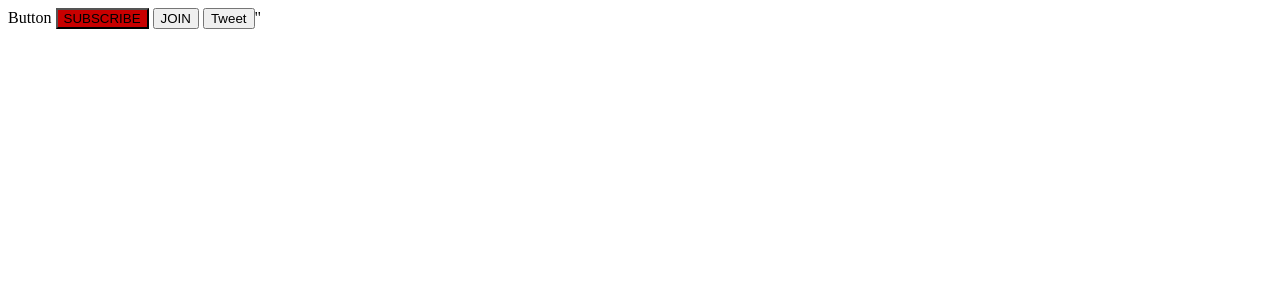
Repository: knowledgeAlan/css-lession-project
Page: lesson-03/buttons.html
The author's editor kept a copy of each file at every save. The page is drawn from the files as they stood at one save, then again after the next save.
The browser window is 1280 px wide. The pictures show the whole page.

Above is the page before, as saved 2024-01-09 19:39:53.

### lesson-03/buttons.html
<html>
    <head>Button</head>
    <title>Button</title>


    <style>
        .subscribe-button{
            background-color: rgb(200, 0, 0);
        }
    </style>
    <body>

        <button class="subscribe-button">
            SUBSCRIBE
        </button>


        <button class="join-button">
            JOIN
        </button>

        <button class="tweet-button" >
            Tweet
        </button>"
    </body>
</html>

After the next save:
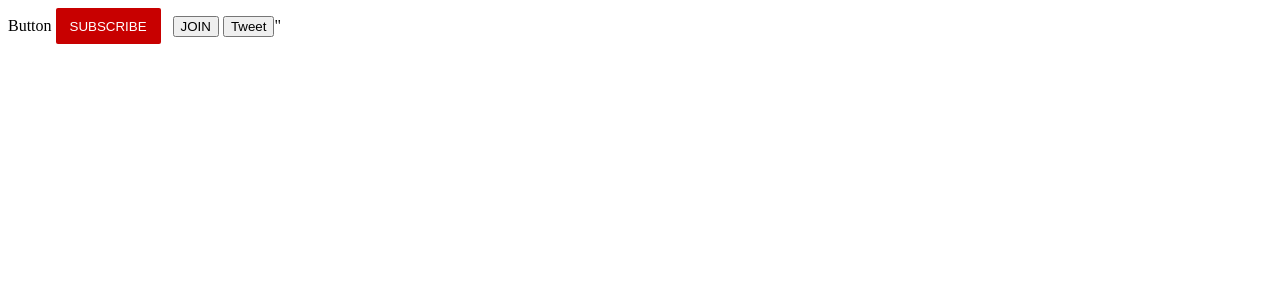
Saved 96 s later.
--- a/lesson-03/buttons.html
+++ b/lesson-03/buttons.html
@@ -6,6 +6,14 @@
     <style>
         .subscribe-button{
             background-color: rgb(200, 0, 0);
+            color: white;
+            border: none;
+            height: 36px;
+            width: 105px;
+            border-radius: 2px;
+            cursor: pointer;
+            margin-right: 8px;
+            transition: opacity 0.15s;
         }
     </style>
     <body>
